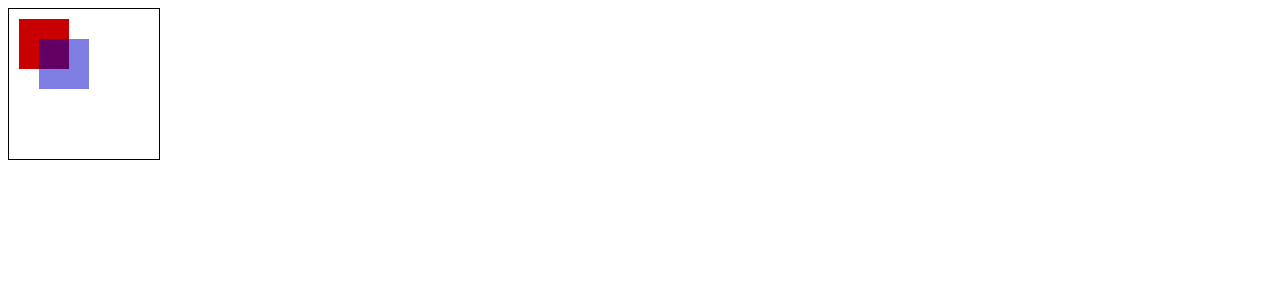
Repository: SeungYn/Javascript-study-toy
Page: canvas-tutorial/index.html
These files come from the project's save history. The page is drawn as it stood at one moment and after the next save; the edit follows.
The browser window is 1280 px wide. The pictures show the whole page.

Above is the page before, as saved 2023-03-14 11:04:20.

After the next save:
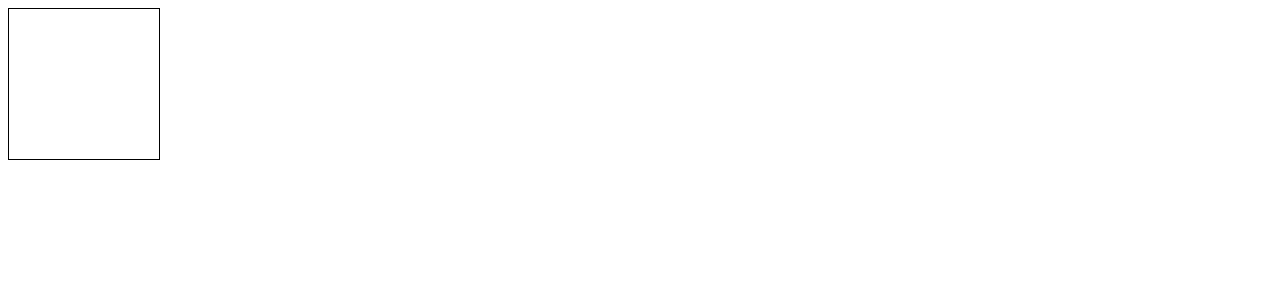
Saved 18 s later.
--- a/canvas-tutorial/index.html
+++ b/canvas-tutorial/index.html
@@ -17,10 +17,5 @@
   <script>
     var canvas = document.getElementById('tutorial');
     var ctx = canvas.getContext('2d');
-    ctx.fillStyle = 'rgb(200,0,0)';
-    ctx.fillRect(10, 10, 50, 50);
-
-    ctx.fillStyle = 'rgba(0, 0, 200, 0.5)';
-    ctx.fillRect(30, 30, 50, 50);
   </script>
 </html>

After the 2 saves that followed:
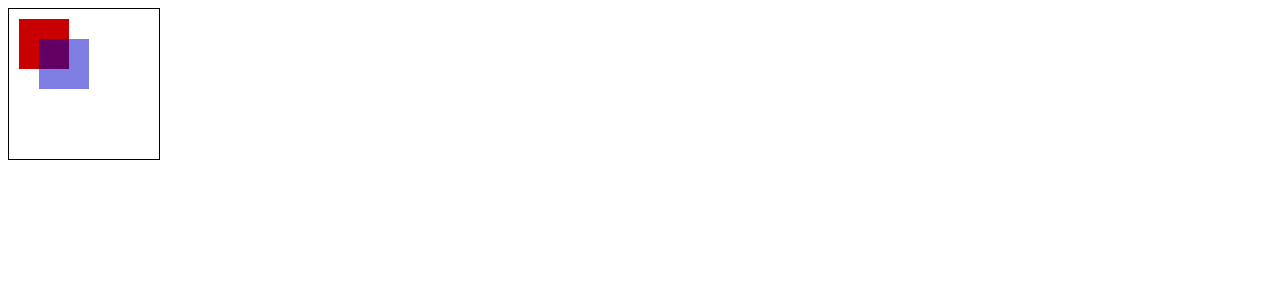
The 2 saves are shown as one change because 1 left the picture as it was.
The last was saved 79 s later.
--- a/canvas-tutorial/index.html
+++ b/canvas-tutorial/index.html
@@ -4,7 +4,7 @@
     <meta charset="UTF-8" />
     <meta http-equiv="X-UA-Compatible" content="IE=edge" />
     <meta name="viewport" content="width=device-width, initial-scale=1.0" />
-    <title>Document</title>
+
     <style type="text/css">
       #tutorial {
         border: 1px solid black;
@@ -14,8 +14,15 @@
   <body>
     <canvas id="tutorial" width="150" height="150"></canvas>
   </body>
+
   <script>
-    var canvas = document.getElementById('tutorial');
-    var ctx = canvas.getContext('2d');
+    const canvas = document.getElementById('tutorial');
+    const ctx = canvas.getContext('2d');
+
+    ctx.fillStyle = 'rgb(200,0,0)';
+    ctx.fillRect(10, 10, 50, 50);
+
+    ctx.fillStyle = 'rgba(0, 0, 200, 0.5)';
+    ctx.fillRect(30, 30, 50, 50);
   </script>
 </html>
